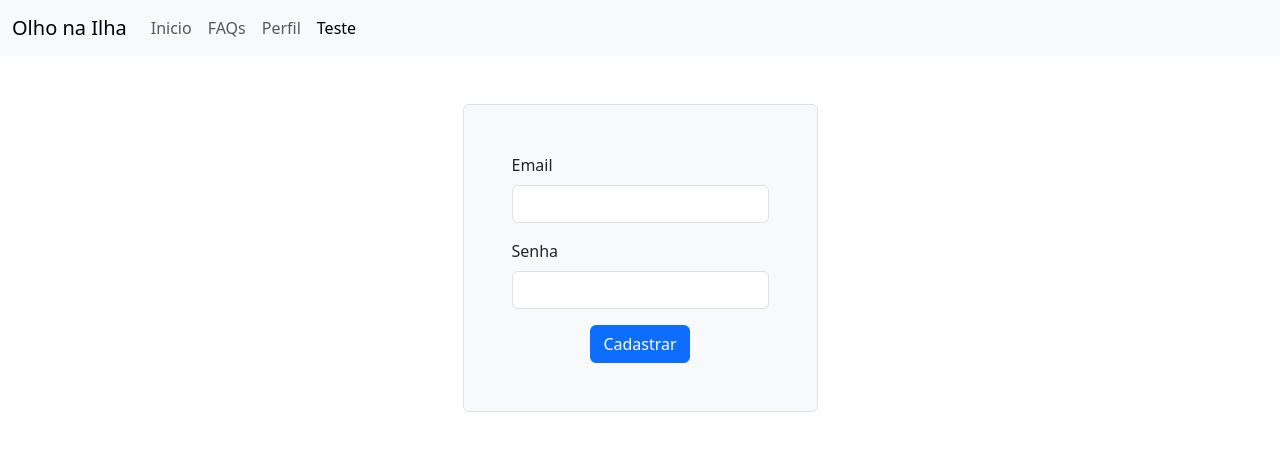
Repository: SktYzu/olhonailha
Page: http://localhost/olhonailha/views/login.php
An editor plug-in stored every save of this project. The page is shown before and after a run of saves, followed by the edit.
The browser window is 1280 px wide. The pictures show the whole page.
The page is run by PHP 8.4 with error messages shown; the project is at /var/www/html/.

Above is the page before, as saved 2023-11-13 13:59:24.

After the next 3 saves:
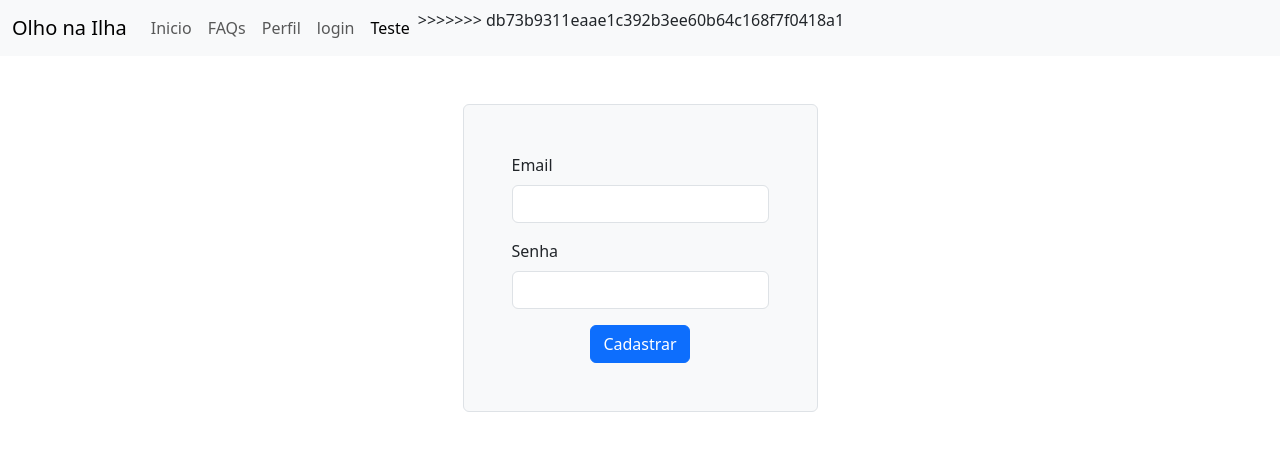
The 3 saves are shown as one change because they came seconds apart.
The last was saved 89 s later.
--- a/templates/_cabecalho.php
+++ b/templates/_cabecalho.php
@@ -34,7 +34,14 @@
                         <li class="nav-item">
                             <a class="nav-link" href="/olhonailha/views/admin/perfil.php">Perfil</a>
                         </li>
-                        <li class="nav-item"><a class="nav-link active" href="/olhonailha/views/views.php">Teste</a> </li>
+
+                        <li class="nav-item">
+                            <a class="nav-link" href="/olhonailha/views/login.php">login</a>
+                        </li>
+                        <li class="nav-item">
+                            <a class="nav-link active" href="/olhonailha/views/listaDenu.php">Teste</a>
+                        </li>
+>>>>>>> db73b9311eaae1c392b3ee60b64c168f7f0418a1
                     </ul>
                 </div>
             </div>
